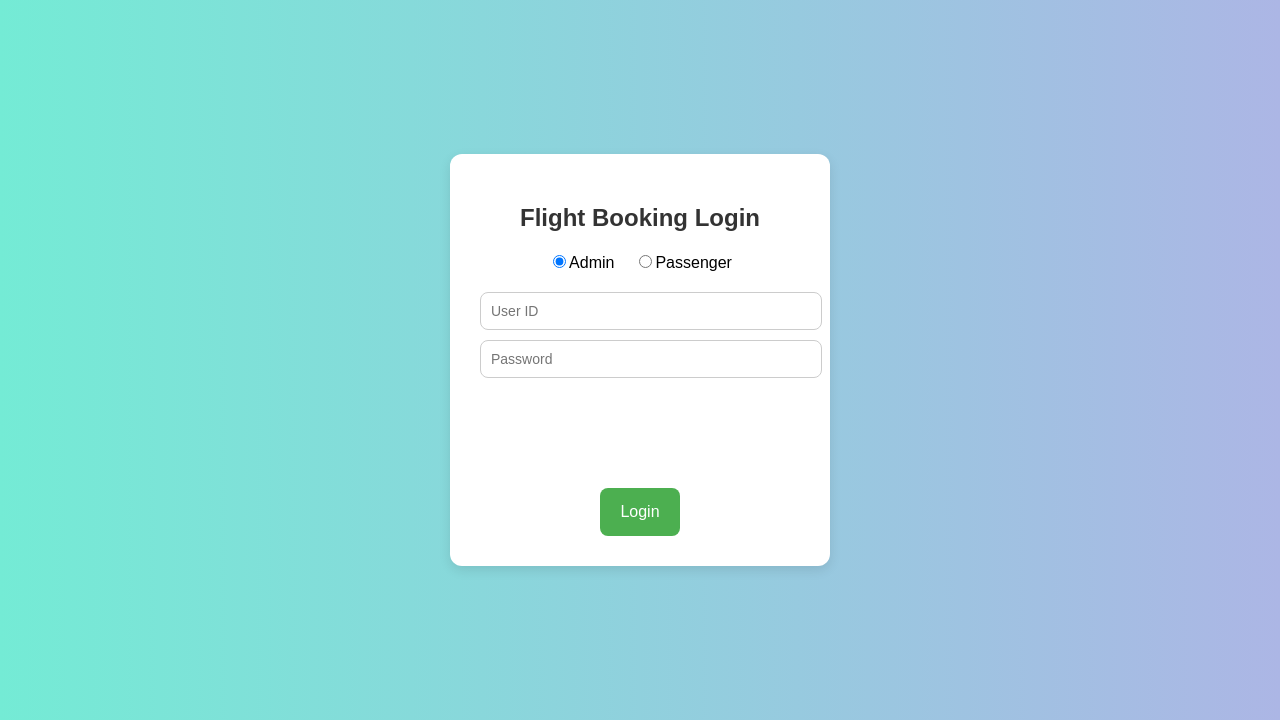
Repository: Shenes35/Booking-system
Page: / (app in frontend/)
The author's editor kept a copy of each file at every save. The page is drawn from the files as they stood at one save, then again after the next save.
The browser window is 1280 px wide. The pictures show the whole page.
The project was rebuilt for these pictures with package versions that can differ from the ones it lists, and the page was loaded fresh each time.

Above is the page before, as saved 2025-05-19 10:41:40.

### frontend/src/index.js
import React from 'react';
import ReactDOM from 'react-dom/client';
import './index.css';
import App from './App.jsx';       // ONLY one import of App
import reportWebVitals from './reportWebVitals';

const root = ReactDOM.createRoot(document.getElementById('root'));
root.render(
  <React.StrictMode>
    <App />
  </React.StrictMode>
);

reportWebVitals();

### frontend/src/App.jsx
import React, { useState } from 'react';
import LoginPage from './components/LoginPage';

const App = () => {
  const [userRole, setUserRole] = useState(null);

  if (!userRole) {
    return <LoginPage setUserRole={setUserRole} />;
  }

  return (
    <div>
      <h1>Welcome, {userRole}!</h1>
      {/* Add more UI or navigation here */}
    </div>
  );
};

export default App;

### frontend/src/components/LoginPage.jsx
import React, { useState } from 'react';

const LoginPage = ({ setUserRole }) => {
  const [role, setRole] = useState('admin');
  const [userId, setUserId] = useState('');
  const [password, setPassword] = useState('');

  const handleSubmit = (e) => {
    e.preventDefault();
    if (!userId || !password) {
      alert('Please enter User ID and Password');
      return;
    }
    setUserRole(role);
  };

  return (
    <div style={styles.container}>
      <div style={styles.card}>
        <h2 style={styles.title}>Flight Booking Login</h2>
        <form onSubmit={handleSubmit}>
            <div style={styles.roleSelection}>
            <label style={styles.radioLabel}>
                <input type="radio" value="admin" checked={role === 'admin'} onChange={() => setRole('admin')} />
                Admin
            </label>
            <label style={styles.radioLabel}>
                <input type="radio" value="passenger" checked={role === 'passenger'} onChange={() => setRole('passenger')} />
                Passenger
            </label>
            </div>
            <input
                type="text"
                placeholder="User ID"
                value={userId}
                onChange={(e) => setUserId(e.target.value)}
                style={styles.input}
            />
            <input
                type="password"
                placeholder="Password"
                value={password}
                onChange={(e) => setPassword(e.target.value)}
                style={styles.input}
            />
            <button type="submit" style={styles.button}>Login</button>
        </form>
        </div>
    </div>
  );
};
const styles = {
  container: {
    display: 'flex',
    justifyContent: 'center',
    alignItems: 'center',
    height: '100vh',
    background: 'linear-gradient(to right, #74ebd5, #ACB6E5)',
    fontFamily: 'Arial, sans-serif',
  },
  card: {
    padding: '30px',
    borderRadius: '12px',
    backgroundColor: '#ffffff',
    boxShadow: '0 4px 12px rgba(0, 0, 0, 0.1)',
    minWidth: '320px',
    textAlign: 'center',
  },
  title: {
    marginBottom: '20px',
    color: '#333',
  },
  roleSelection: {
    display: 'flex',
    justifyContent: 'center',
    gap: '20px',
    marginBottom: '20px',
  },
  radioLabel: {
    fontSize: '16px',
  },
  input: {
    display: 'block',
    width: '100%',
    padding: '10px',
    margin: '10px 0',
    border: '1px solid #ccc',
    borderRadius: '8px',
    fontSize: '14px',
  },
  button: {
    backgroundColor: '#4CAF50',
    color: '#ffff',
    padding: '15px 20px',
    border: 'none',
    borderRadius: '8px',
    cursor: 'pointer',
    fontSize: '16px',
    marginTop: '100px',
    transition: 'background-color 0.3s ease',
  },
};

export default LoginPage;

Loaded but not shown: frontend/public/index.html (common file); frontend/src/index.css (common file); frontend/src/reportWebVitals.js (common file)

After the next save:
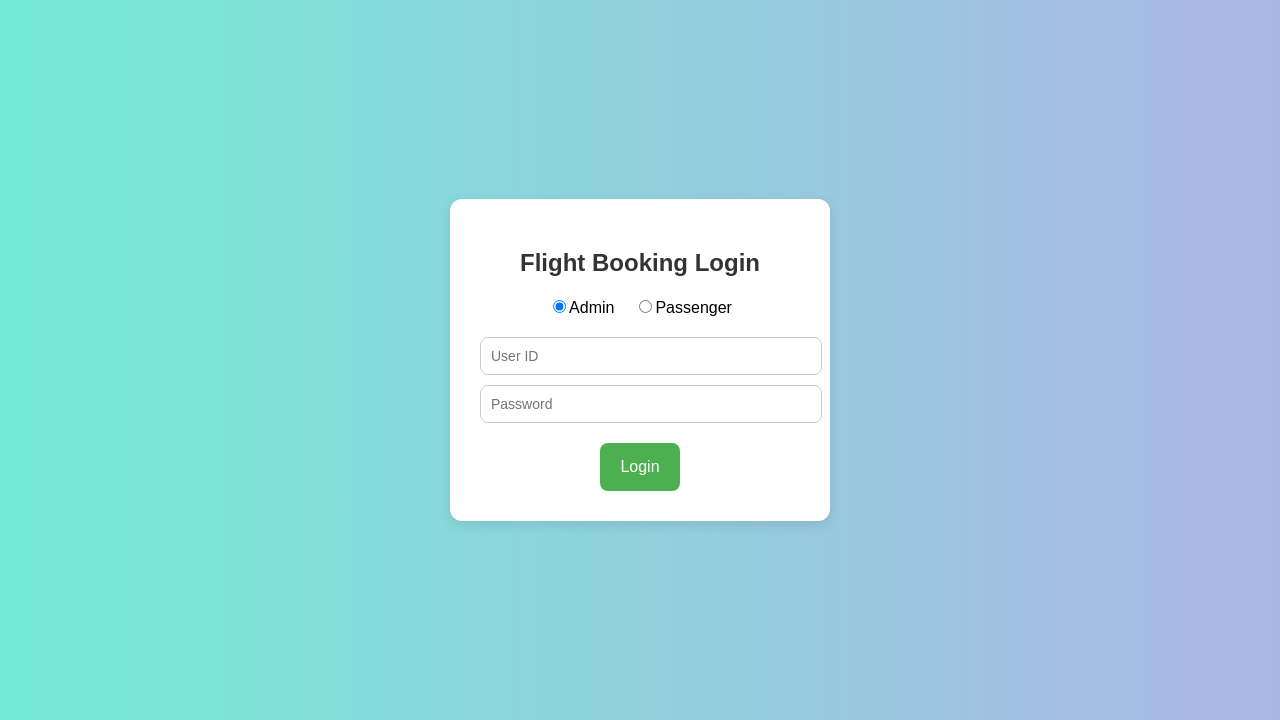
Saved 4 s later.
--- a/frontend/src/components/LoginPage.jsx
+++ b/frontend/src/components/LoginPage.jsx
@@ -96,7 +96,7 @@
     borderRadius: '8px',
     cursor: 'pointer',
     fontSize: '16px',
-    marginTop: '100px',
+    marginTop: '10px',
     transition: 'background-color 0.3s ease',
   },
 };

After the save that followed:
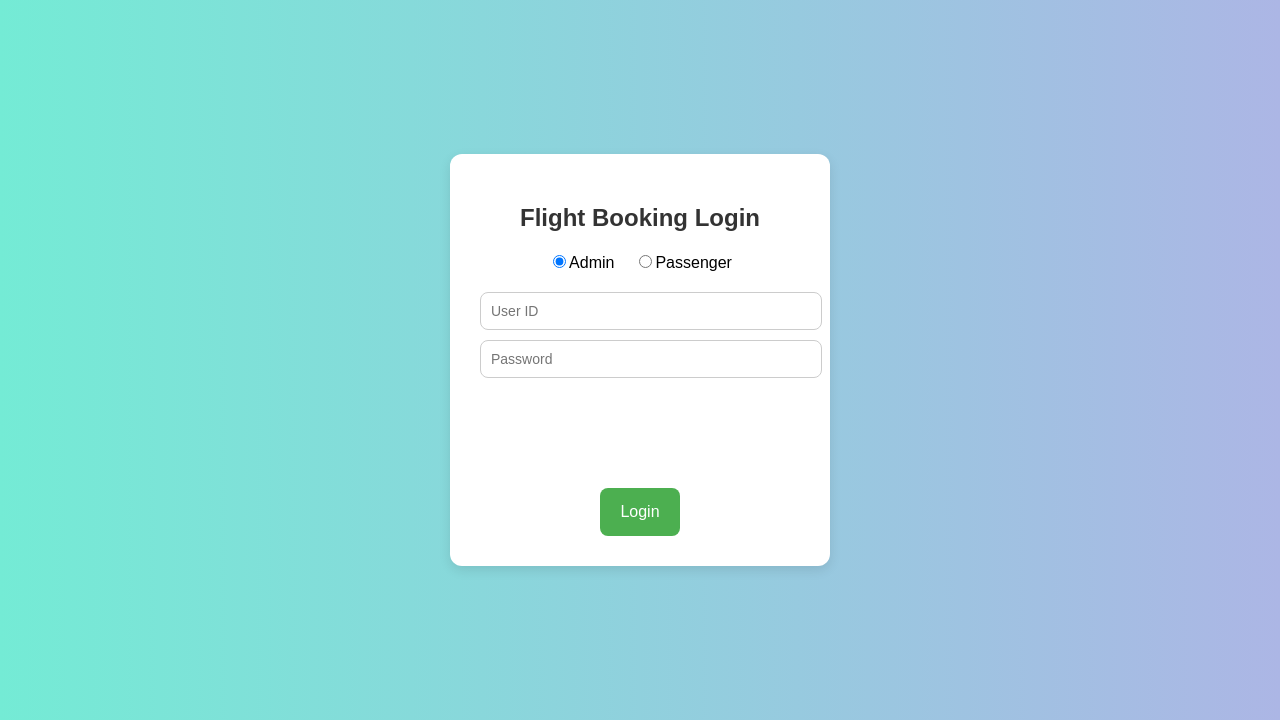
Saved 21 s later.
--- a/frontend/src/components/LoginPage.jsx
+++ b/frontend/src/components/LoginPage.jsx
@@ -96,7 +96,7 @@
     borderRadius: '8px',
     cursor: 'pointer',
     fontSize: '16px',
-    marginTop: '10px',
+    marginTop: '100px',
     transition: 'background-color 0.3s ease',
   },
 };
